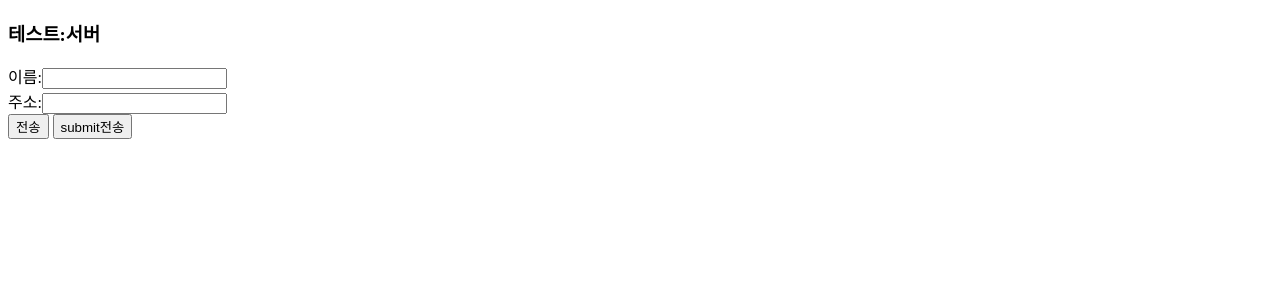
Repository: yubeens/JSP
Page: http://localhost/JSP_Project/exam/test.jsp
The author's editor kept a copy of each file at every save. The page is drawn from the files as they stood at one save, then again after a run of saves.
The browser window is 1280 px wide. The pictures show the whole page.
The page is served by Tomcat 9.

Above is the page before, as saved 2025-02-27 01:25:17.

After the next 2 saves:
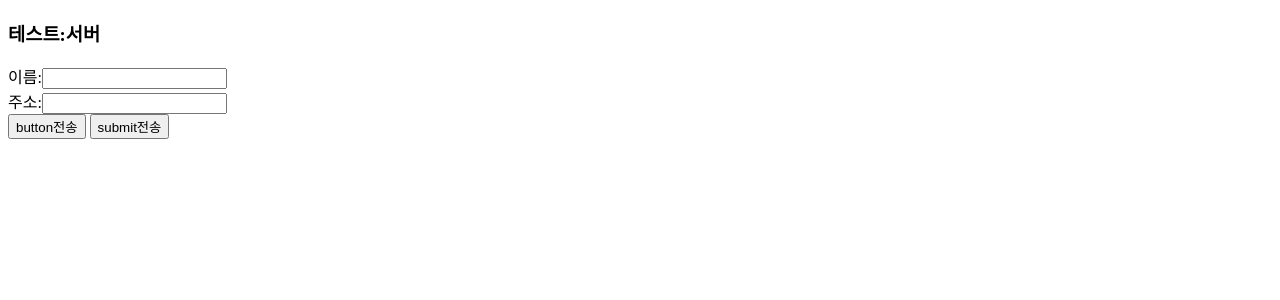
The 2 saves are shown as one change because they came seconds apart.
The last was saved 29 s later.
--- a/JSP_Project/src/main/webapp/exam/test.jsp
+++ b/JSP_Project/src/main/webapp/exam/test.jsp
@@ -11,7 +11,7 @@
 <form>
 이름:<input type="text"><br/>
 주소:<input type="text"><br/>
-<input type="button" value="전송"/>
+<input type="button" value="button전송"/>
 <input type="submit" value="submit전송"/>
 </form>
 
